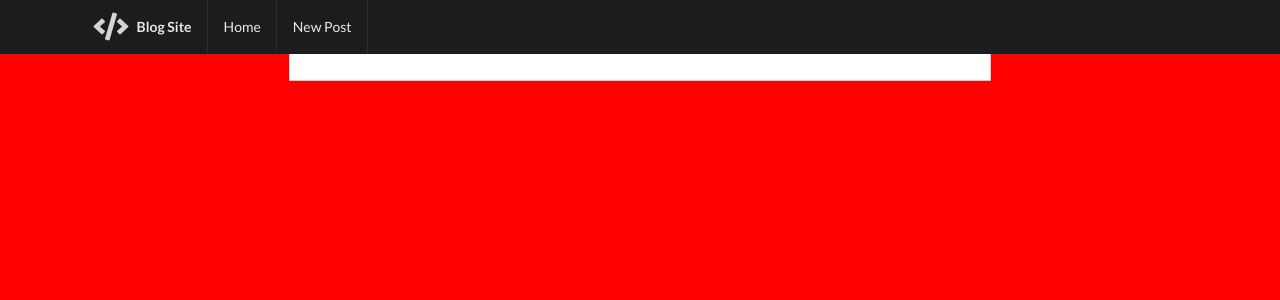
Repository: HuakunShen/LearnWeb
Page: http://localhost/blogs
The author's editor kept a record of every edit. The page is drawn from the files as they stood at one moment, then again after the next edit.
The browser window is 1280 px wide. The pictures show the whole page.
The page is served by the project's Node server (BlogApp/app.js). Queries for data that is not in the repository find no rows.

Above is the page before.

### workspace/BlogApp/views/index.ejs
<%include ./partials/header%>
<style>
    h1 {
        margin-top: 2em;
    }
</style>
<div class="ui main text container">
    <div class="ui huge header">Blog App</div>
    <div class="ui top attached segment">
        <div class="ui divided items">
            <% blogs.forEach(function(blog){%>
                <div class="item">
                    <div class="image">
                        <img src="<%= blog.image %>">
                    </div>
                    <h2><%= blog.title %></h2>

                    <span><%=blog.created%></span>
                    <p><%=blog.body.substring(0, 100)%>...</p>
                    <a href="/blogs/<%=blog._id%>">Read More</a>
                </div>

            <% }) %>
        </div>
    </div>
</div>



<%include ./partials/footer%>

### workspace/BlogApp/views/partials/header.ejs
<html>
    <head>
        <title>Blog App</title>
        <link rel="stylesheet" href="https://cdnjs.cloudflare.com/ajax/libs/semantic-ui/2.4.1/semantic.min.css" />
        <link rel="stylesheet" type="text/css" href="/stylesheets/app.css">

    </head>
    <body>
        <div class="ui fixed inverted menu">
            <div class="ui container">
                <div class="header item"><i class="code icon"></i>Blog Site</div>
                <a href="/" class="item">Home</a>
                <a href="/blogs/new" class="item">New Post</a>
            </div>

        </div>

### workspace/BlogApp/app.js
const express = require("express"),
app = express(),
methodOverride = require("method-override"),
bodyParser = require("body-parser"),
mongoose = require("mongoose");

mongoose.connect("mongodb://localhost:27017/blog_app", { useNewUrlParser: true });
app.set("view engine", "ejs");
app.use(express.static("public"));
// app.use('/public', express.static("public"));
app.use(bodyParser.urlencoded({extended: true}));
app.use(methodOverride("_method"));

//Mongoose model config
const blogSchema = new mongoose.Schema({
    title: String,
    image: String,
    body: String,
    created: {type: Date, default: Date.now}
});

const Blog = mongoose.model("Blog", blogSchema);

// Blog.create({
//     title: "Motor",
//     image: "https://images.unsplash.com/photo-1558981420-bf351ce8e3ca?ixlib=rb-1.2.1&ixid=eyJhcHBfaWQiOjEyMDd9&auto=format&fit=crop&w=600&q=60",
//     body: "Hello Motor"
// });



// RESTful Routes
app.get("/", function(req, res){
    res.redirect("/blogs");
});

// Index Route
app.get("/blogs", function(req, res){
    Blog.find({}, function(err, blogs){
        if(err){
            console.log("Error!");
        } else {
            res.render("index", {blogs: blogs});
        }
    });
});

//New Route
app.get("/blogs/new", function(req, res){
    res.render("new");
});

// Create Route
app.post("/blogs", function(req, res){
    // create blog
    Blog.create(req.body.blog, function(err, newBlog){
        if(err) {
            res.render("new");
        } else {
            res.redirect("/blogs");
        }
    });
});

//Show Route
app.get("/blogs/:id", function(req, res) {
    Blog.findById(req.params.id, function(err, foundBlog){
        if(err) {
            res.redirect("/blogs");
        } else {
            res.render("show", {blog: foundBlog});
        }
    })
});

// Edit Route
app.get("/blogs/:id/edit", function(req, res){
    Blog.findById(req.params.id, function(err, foundBlog){
        if(err) {
            res.redirect("/blogs");
        } else {
            res.render("edit", {blog: foundBlog});
        }
    });
});

// Update Route
app.put("/blogs/:id", function(req, res){
    Blog.findByIdAndUpdate(req.params.id, req.body.blog, function(err, updatedBlog){
        if(err) {
            res.redirect("/blogs");
        } else {
            res.redirect("/blogs/" + req.params.id);
        }
    })
});

//Destroy Route
app.delete("/blogs/:id", function(req, res){
    // destroy blog
    Blog.findByIdAndRemove(req.params.id, function(err){
        if(err){
            res.redirect("/blogs");
        } else {
            res.redirect("/blogs");
        }
    })
    // redirect
});








app.listen(process.env.PORT, process.env.IP, function() {
    console.log("Server is Running");
});

### workspace/BlogApp/public/stylesheets/app.css
i.icon {
    font-size: 2em;
}

body {
    background-color: red;
}

Loaded but not shown: workspace/BlogApp/views/partials/footer.ejs (common file)

After the next edit:
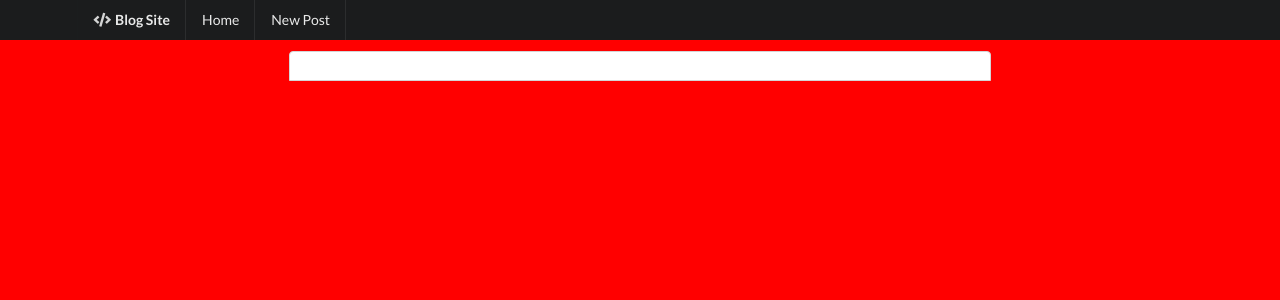
The edit:
--- a/workspace/BlogApp/public/stylesheets/app.css
+++ b/workspace/BlogApp/public/stylesheets/app.css
@@ -1,4 +1,4 @@
-i.icon {
+i .icon {
     font-size: 2em;
 }
 
